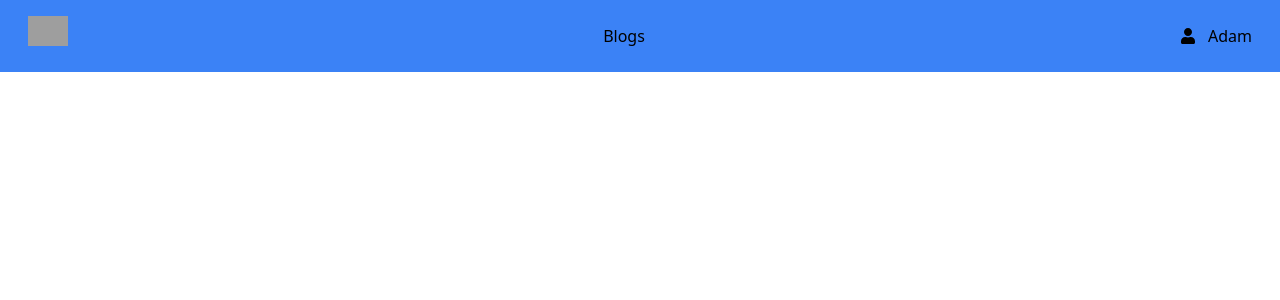
Repository: Lan-au-75/zv-app
Page: /
These files come from the project's save history. The page is drawn as it stood at one moment and after a run of saves; the edit follows.
The browser window is 1280 px wide. The pictures show the whole page.
Pictures or frames that could not be fetched are drawn as grey boxes. The page's requests for data from a server got no answer. The project was rebuilt for these pictures with package versions that can differ from the ones it lists, and the page was loaded fresh each time. No one was signed in, and anything a server would have sent is missing. Also part of the build but not shown: vite.config.js.

Above is the page before, as saved 2023-12-13 14:18:45.

### src/App.jsx
import { useEffect, useState } from 'react'
import Header from './components/Header'
import Post from './components/Post'

export default function App() {
    const [posts, setPosts] = useState()
    const [comments, setComments] = useState()
    const [users, setUsers] = useState()

    useEffect(() => {
        const fetchPosts = async () => {
            const res = await fetch('https://jsonplaceholder.typicode.com/posts?_limit=10')
            const data = await res.json()
            setPosts(data)
        }

        const fetchComments = async () => {
            const res = await fetch('https://jsonplaceholder.typicode.com/comments?_limit=10')
            const data = await res.json()
            setComments(data)
        }

        const fetchUsers = async () => {
            const res = await fetch('https://jsonplaceholder.typicode.com/users?_limit=10')
            const data = await res.json()
            setUsers(data)
        }

        fetchPosts()
        fetchComments()
        fetchUsers()
    }, [])

    return (
        <div>
            <Header></Header>
            <Post posts={posts} comments={comments} users={users}></Post>
        </div>
    )
}

### src/components/Header.jsx
import { FaUser } from 'react-icons/fa'
function Header() {
    return (
        <header className='bg-blue-500'>
            <div className='flex items-center justify-between mx-3 p-4'>
                <div className='w-10 h-10 '>
                    <img
                        src='https://cdn.pixabay.com/photo/2020/07/21/02/07/facebook-5424833_960_720.png'
                        alt='facebook'
                    />
                </div>
                <div>Blogs</div>
                <div className='flex gap-3 items-center'>
                    <FaUser />
                    <div>Adam</div>
                </div>
            </div>
        </header>
    )
}

export default Header

### src/components/Post.jsx
/* eslint-disable react/prop-types */
import { Space } from 'antd'
import CheckableTag from 'antd/es/tag/CheckableTag'
import { useEffect, useState } from 'react'

const tagsData = ['Movies', 'Books', 'Music', 'Sports']

function Post({ posts, comments, users }) {
    const [selectedTags, setSelectedTags] = useState(['Books'])

    const [data, setData] = useState()

    console.log(data)

    const handleChange = (tag, checked) => {
        const nextSelectedTags = checked
            ? [...selectedTags, tag]
            : selectedTags.filter((t) => t !== tag)
        console.log('You are interested in: ', nextSelectedTags)
        setSelectedTags(nextSelectedTags)
    }

    const getUsersById = async (userIds) => {
        const result = posts?.filter((post) => userIds.includes(post.userId))

        return result
    }

    const getPostsById = async (postIds) => {
        const result = posts?.filter((post) => postIds.includes(post.id))

        return result
    }

    const getComments = async () => {
        // eslint-disable-next-line react/prop-types
        const postIds = comments?.map((comment) => comment.postId)
        const userIds = posts?.map((post) => post.userId)

        const post = await getPostsById(postIds)
        const user = await getUsersById(userIds)

        const result = {
            posts: post,
            comments,
            users: user,
        }

        setData(result)
    }

    useEffect(() => {
        getComments()
    }, [posts, comments, users])

    return data?.comments?.map((comment) => {
        const post = data?.posts?.find((post) => post.id === comment.postId)

        return (
            <>
                <main className='p-4'>
                    <h1 className='flex items-center justify-center'>Post 1</h1>
                    <div className='flex items-center justify-between mx-3'>
                        {/* author */}
                        <div>
                            <h3>author : </h3>
                            <span className='mt-2'>created at: </span>
                        </div>
                        {/* search keyword */}
                        <div>
                            <Space size={[0, 8]} wrap>
                                {tagsData.map((tag) => (
                                    <CheckableTag
                                        key={tag}
                                        checked={selectedTags.includes(tag)}
                                        onChange={(checked) => handleChange(tag, checked)}
                                    >
                                        {tag}
                                    </CheckableTag>
                                ))}
                            </Space>
                        </div>
                    </div>
                    {/* desc */}
                    <p></p>
                </main>
            </>
        )
    })
}

export default Post

Loaded but not shown: index.html (common file); src/main.jsx (common file); src/index.css (common file); tailwind.config.js (common file)

After the next 2 saves:
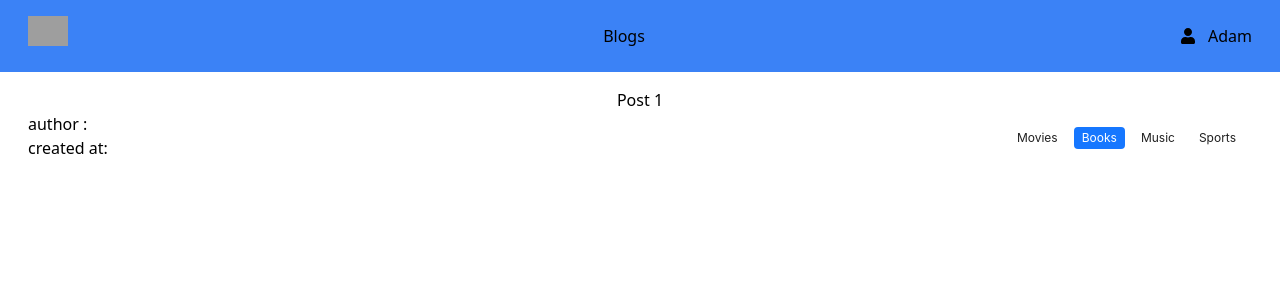
The 2 saves are shown as one change because they came seconds apart.
The last was saved 8 s later.
--- a/src/components/Post.jsx
+++ b/src/components/Post.jsx
@@ -53,40 +53,36 @@
         getComments()
     }, [posts, comments, users])
 
-    return data?.comments?.map((comment) => {
-        const post = data?.posts?.find((post) => post.id === comment.postId)
-
-        return (
-            <>
-                <main className='p-4'>
-                    <h1 className='flex items-center justify-center'>Post 1</h1>
-                    <div className='flex items-center justify-between mx-3'>
-                        {/* author */}
-                        <div>
-                            <h3>author : </h3>
-                            <span className='mt-2'>created at: </span>
-                        </div>
-                        {/* search keyword */}
-                        <div>
-                            <Space size={[0, 8]} wrap>
-                                {tagsData.map((tag) => (
-                                    <CheckableTag
-                                        key={tag}
-                                        checked={selectedTags.includes(tag)}
-                                        onChange={(checked) => handleChange(tag, checked)}
-                                    >
-                                        {tag}
-                                    </CheckableTag>
-                                ))}
-                            </Space>
-                        </div>
+    return (
+        <>
+            <main className='p-4'>
+                <h1 className='flex items-center justify-center'>Post 1</h1>
+                <div className='flex items-center justify-between mx-3'>
+                    {/* author */}
+                    <div>
+                        <h3>author : </h3>
+                        <span className='mt-2'>created at: </span>
                     </div>
-                    {/* desc */}
-                    <p></p>
-                </main>
-            </>
-        )
-    })
+                    {/* search keyword */}
+                    <div>
+                        <Space size={[0, 8]} wrap>
+                            {tagsData.map((tag) => (
+                                <CheckableTag
+                                    key={tag}
+                                    checked={selectedTags.includes(tag)}
+                                    onChange={(checked) => handleChange(tag, checked)}
+                                >
+                                    {tag}
+                                </CheckableTag>
+                            ))}
+                        </Space>
+                    </div>
+                </div>
+                {/* desc */}
+                <p></p>
+            </main>
+        </>
+    )
 }
 
 export default Post
